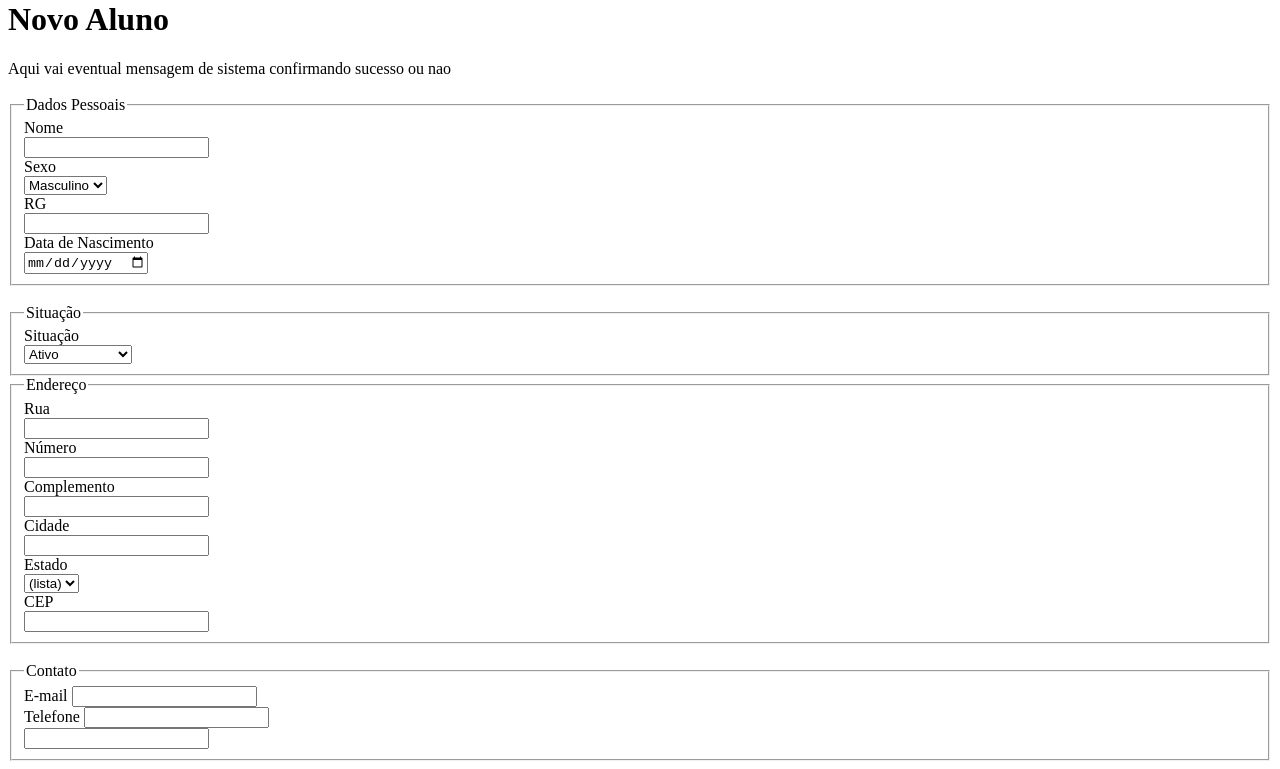
Repository: fabiodaemon/Loucademia
Page: Loucademia/WebContent/WEB-INF/novoAluno.html
An editor plug-in stored every save of this project. The page is shown before and after the next save, followed by the edit.
The browser window is 1280 px wide. The pictures show the part of the page from y = 422 to 1191 px (the page is 1191 px tall before and 1170 px after).
A picture or video elsewhere on the page could not be fetched, so the positions and the page height are approximate.

Above is the page before, as saved 2019-01-27 22:27:52.

After the next save:
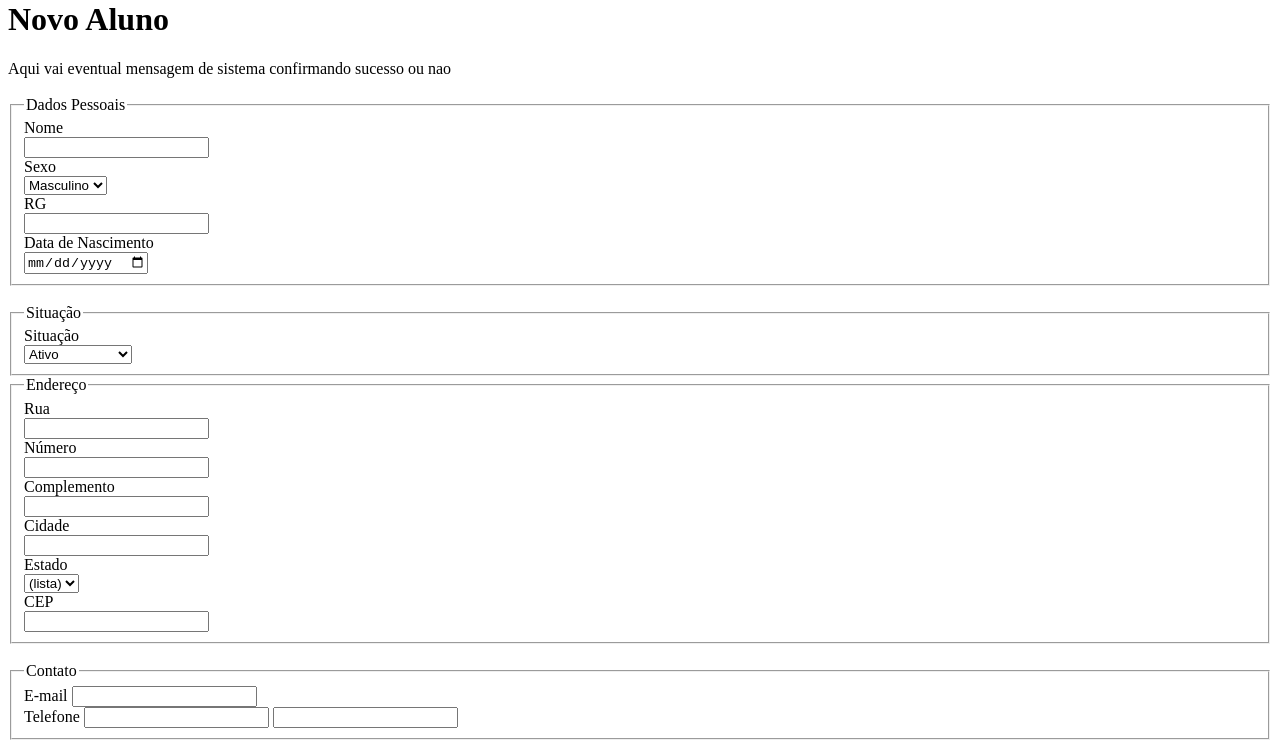
Saved 11 s later.
--- a/Loucademia/WebContent/WEB-INF/novoAluno.html
+++ b/Loucademia/WebContent/WEB-INF/novoAluno.html
@@ -93,7 +93,7 @@
 			<input type="email" name="email" id="email"><br>
 
 			<label for="telefoneCelularDDD">Telefone</label>
-			<input type="text" name="telefoneCelularDDD" id="telefoneCelularDDD"><br>
+			<input type="text" name="telefoneCelularDDD" id="telefoneCelularDDD">
 			<input type="text" name="telefoneCelularNumero" id="telefoneCelularNumero"><br>
 
 		</fieldset>
